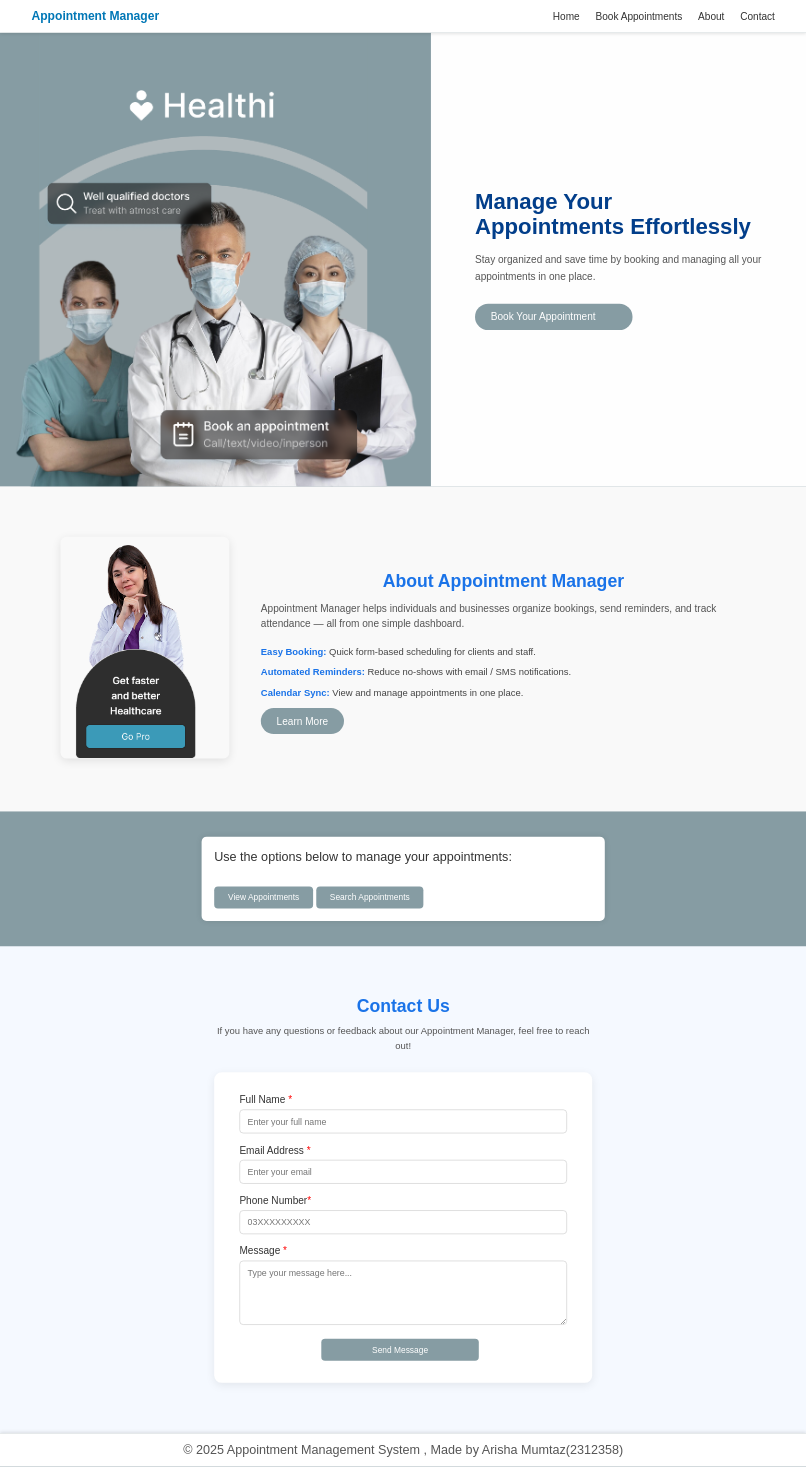
Repository: Arisha004/Hospital-Appointment-Management-System
Page: landingpage.html
An editor plug-in stored every save of this project. The page is shown before and after the next save, followed by the edit.
The browser window is 1280 px wide. The pictures show the whole page, at 63% of full size.

Above is the page before, as saved 2025-10-24 15:56:35.

### landingpage.html
<!DOCTYPE html>
<html lang="en">
<head>
  <meta charset="UTF-8">
  <meta name="viewport" content="width=device-width, initial-scale=1.0">
  <title>Appointment Management System</title>
  <link rel="stylesheet" href="style.css">
  <style>
    .container1 { width: 50%;margin: 40px auto; background: #fff; padding: 20px; border-radius: 8px; box-shadow: 0 0 10px rgba(0,0,0,0.1); }
  h2 { text-align: center; color: #007bff; }
    button{
  display: inline-block;
  background-color: #869CA3;
  color: #fff;
  padding: 10px 22px;
  border: none;
  border-radius: 6px;
  cursor: pointer;
  font-weight: 500;

  transition: 0.3s;
   text-align: center;
}
p{
  font-size: 20px;
}

button:hover {
  background-color: #7498a3;
  transform: translateY(-2px);
}
a{
  color: white;
  text-decoration: none;
}
  </style>
</head>
<body>
  <header class="navbar">
    <div class="logo">Appointment Manager</div>
    <nav>
      <ul>
        <li><a href="#">Home</a></li>
        <li><a href="index.php">Book Appointments</a></li>
        <li><a href="#about">About</a></li>
        <li><a href="#contact">Contact</a></li>
      </ul>
    </nav>
  </header>


  <section class="landing">
      <div class="right"></div>
    <div class="left">
      <h1>Manage Your Appointments Effortlessly</h1>
      <p>Stay organized and save time by booking and managing all your appointments in one place.</p>
      <a href="index.php" class="btn">Book Your Appointment</a>
    </div>

  </section>
  </section>


  <section id="about" class="about">
    <div class="container about-inner">
      <div class="about-image" aria-hidden="true">

        <img src="images/pic2.png" alt="" />
      </div>
      <div class="about-content">
        <h2>About Appointment Manager</h2>
        <p>Appointment Manager helps individuals and businesses organize bookings, send reminders, and track attendance — all from one simple dashboard.</p>
        <ul class="features">
          <li><strong>Easy Booking:</strong> Quick form-based scheduling for clients and staff.</li>
          <li><strong>Automated Reminders:</strong> Reduce no-shows with email / SMS notifications.</li>
          <li><strong>Calendar Sync:</strong> View and manage appointments in one place.</li>
        </ul>
        <a href="about.html" class="btn">Learn More</a>
      </div>
    </div>
  </section>
  <section id="crudoperations">
    <div class="container1">
      <p>Use the options below to manage your appointments:</p><br><br>

      <button> <a href="list.php" >View Appointments</a></button>
       <button>  <a href="searching.php">Search Appointments</a></button>
      </div>

  </section>

  <section id="contact" class="contact">
    <div class="container contact-inner">
      <h2>Contact Us</h2>
      <p>If you have any questions or feedback about our Appointment Manager, feel free to reach out!</p>

      <form action="insertcontactform.php" method="post" class="contact-form">
        <div class="form-group">
          <label for="name">Full Name <span>*</span></label>
          <input type="text" id="name" name="name" placeholder="Enter your full name" required pattern="[A-Za-z\s]{3,}">
        </div>

        <div class="form-group">
          <label for="email">Email Address <span>*</span></label>
          <input type="email" id="email" name="email" placeholder="Enter your email" required>
        </div>

        <div class="form-group">
          <label for="phone">Phone Number<span>*</span></label>
          <input type="tel" id="phone" name="phone" placeholder="03XXXXXXXXX" required pattern="[0-9]{11}" title="Enter 11-digit number only">
        </div>

        <div class="form-group">
          <label for="message">Message <span>*</span></label>
          <textarea id="message" name="message" rows="5" placeholder="Type your message here..." required minlength="10"></textarea>
        </div>

        <button type="submit" class="btn">Send Message</button>
      </form>
    </div>

  </section>
  <footer>
    <p>© 2025 Appointment Management System , Made by Arisha Mumtaz(2312358)</p>
  </footer>
</body>
</html>

### style.css
/* Reset and fonts */
* {
  margin: 0;
  padding: 0;
  box-sizing: border-box;
  font-family: 'Poppins', sans-serif;
}

body {
  background: #869CA3;
  color: #333;
}
/* About Section */
.about {
  background-color: #f9f9f9;
  padding: 80px 0;
}

.about-inner {
  width: 85%;
  max-width: 1100px;
  margin: 0 auto;
  display: flex;
  align-items: center;
  justify-content: space-between;
  gap: 50px;
  flex-wrap: wrap; /* makes it responsive */
}

.about-image img {
  width: 100%;
  max-width: 450px;
  border-radius: 10px;
  box-shadow: 0 4px 15px rgba(0,0,0,0.1);
}

.about-content {
  flex: 1;
  min-width: 300px;
}

.about-content h2 {
  font-size: 28px;
  color: #1a73e8;
  margin-bottom: 15px;
}

.about-content p {
  font-size: 16px;
  color: #555;
  line-height: 1.6;
  margin-bottom: 20px;
}

.features {
  list-style: none;
  padding: 0;
  margin-bottom: 25px;
}

.features li {
  margin-bottom: 10px;
  color: #444;
  font-size: 15px;
  line-height: 1.5;
}

.features strong {
  color: #1a73e8;
}


/* Contact Section */
.contact {
  background-color: #f5f9ff;
  padding: 80px 0;
}

.contact-inner {
  width: 85%;
  max-width: 600px;
  margin: 0 auto;
  text-align: center;
}

.contact h2 {
  font-size: 28px;
  color: #1a73e8;
  margin-bottom: 10px;
}

.contact p {
  color: #555;
  margin-bottom: 30px;
  font-size: 15px;
  line-height: 1.6;
}

.contact-form {
  background-color: #fff;
  padding: 35px 40px;
  border-radius: 12px;
  box-shadow: 0 4px 15px rgba(0,0,0,0.08);
  text-align: left;
}

.form-group {
  margin-bottom: 18px;
}

label {
  display: block;
  font-weight: 500;
  margin-bottom: 6px;
  color: #333;
}

label span {
  color: red;
}

input, textarea {
  width: 100%;
  padding: 10px 12px;
  border: 1px solid #ccc;
  border-radius: 6px;
  font-size: 14px;
  outline: none;
  transition: border-color 0.3s ease;
}

input:focus, textarea:focus {
  border-color: #1a73e8;
  box-shadow: 0 0 5px rgba(26,115,232,0.3);
}


.contact-form .btn {
  display: inline-block;
  background-color: #869CA3;
  color: #fff;
  padding: 10px 22px;
  border: none;
  border-radius: 6px;
  cursor: pointer;
  font-weight: 500;

  margin-left: 130px;
  transition: 0.3s;
   text-align: center;
}

.contact-form .btn:hover {
  background-color: #7498a3;
  transform: translateY(-2px);
}

/* Navbar */
.navbar {
  display: flex;
  justify-content: space-between;
  align-items: center;
  padding: 15px 50px;
  background: #fff;
  box-shadow: 0 2px 5px rgba(0,0,0,0.1);
  position: sticky;
  top: 0;
  z-index: 10;
}

.navbar .logo {
  font-weight: 700;
  font-size: 1.2rem;
  color: #0077b6;
}

.navbar ul {
  display: flex;
  list-style: none;
}

.navbar ul li a {
  text-decoration: none;
  color: #333;
  margin-left: 25px;
  transition: 0.3s;
}

.navbar ul li a:hover {
  color: #0077b6;
}

/* Split Landing Section */
.landing {
  display: flex;
  height: 100vh;
}


  button{

  display: inline-block;
  background-color: #869CA3;
  color: #fff;
  padding: 10px 22px;
  border: none;
  border-radius: 6px;
  cursor: pointer;
  font-weight: 500;

  transition: 0.3s;
   text-align: center;
}

button:hover {
  background-color: #7498a3;
  transform: translateY(-2px);
}
/* Left Text Section */
.landing .left {
  flex: 1;
  width: 50%;
  display: flex;
  flex-direction: column;
  justify-content: center;
  padding: 0 70px;
  background: #fefefe;
}

.landing .left h1 {
  font-size: 2.2rem;
  color: #023e8a;
  margin-bottom: 20px;
}

.landing .left p {
  font-size: 1rem;
  color: #555;
  margin-bottom: 30px;
  line-height: 1.6;
}

.btn {
  background: #869CA3;
  color: #fff;
  padding: 12px 25px;
  border-radius: 30px;
  text-decoration: none;
  font-weight: 300;
  transition: 0.3s;
  width: 250px;
}

.btn:hover {
  background: #7498a3;
}

/* Right Image Section */
.landing .right {
  flex: 1.5;
  background:url(images/pic1.png);
  background-repeat: no-repeat;
  background-size: cover;
  position: relative;
}

.landing .right::after {
  content: "";
  position: absolute;
  inset: 0;
}

/* Footer */
footer {
  text-align: center;
  padding: 15px;
  background: #fff;
  box-shadow: 0 -2px 5px rgba(0,0,0,0.1);
  font-size: 0.9rem;
  color: #555;
}

After the next save:
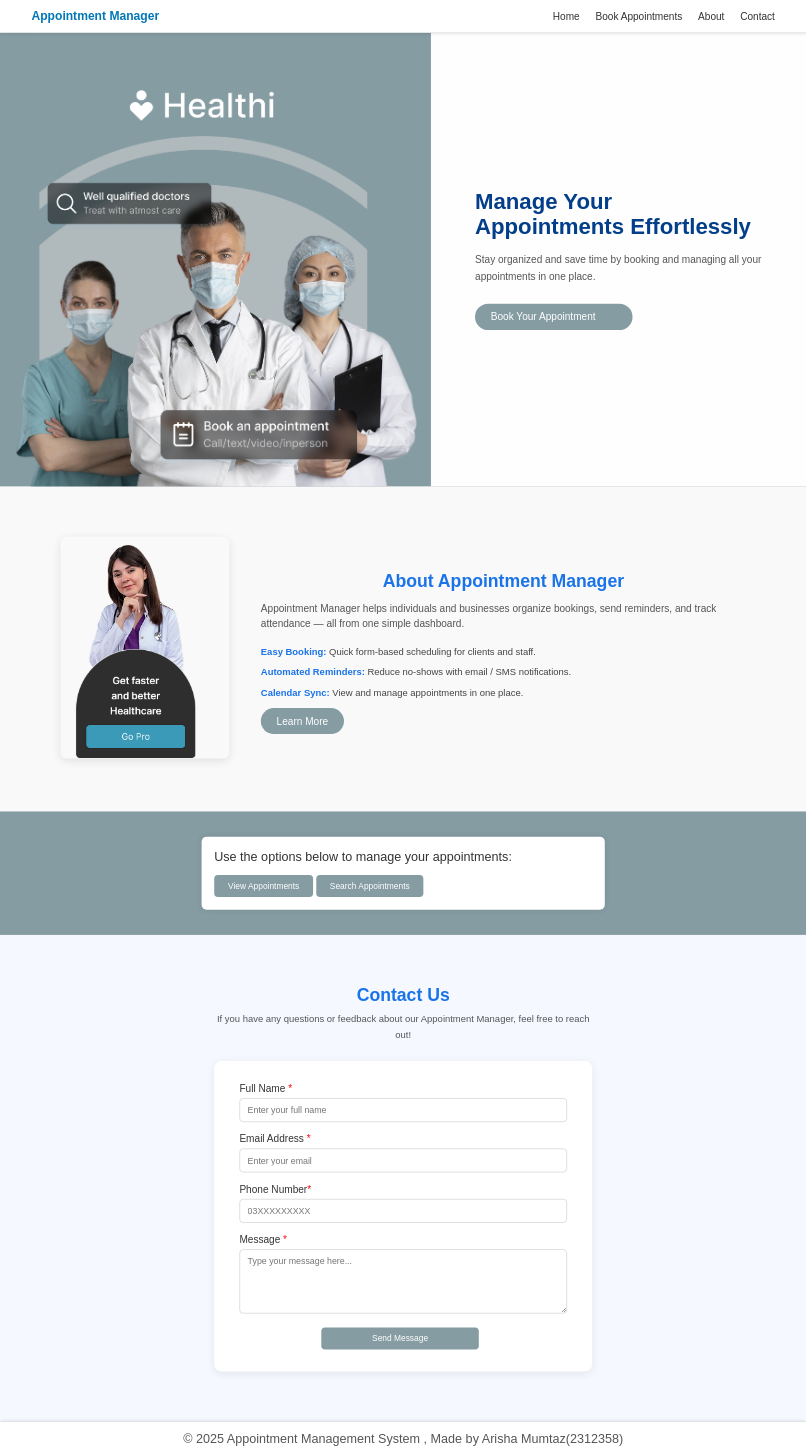
Saved 18 s later.
--- a/landingpage.html
+++ b/landingpage.html
@@ -81,7 +81,7 @@ a{
   </section>
   <section id="crudoperations">
     <div class="container1">
-      <p>Use the options below to manage your appointments:</p><br><br>
+      <p>Use the options below to manage your appointments:</p><br>
 
       <button> <a href="list.php" >View Appointments</a></button>
        <button>  <a href="searching.php">Search Appointments</a></button>
